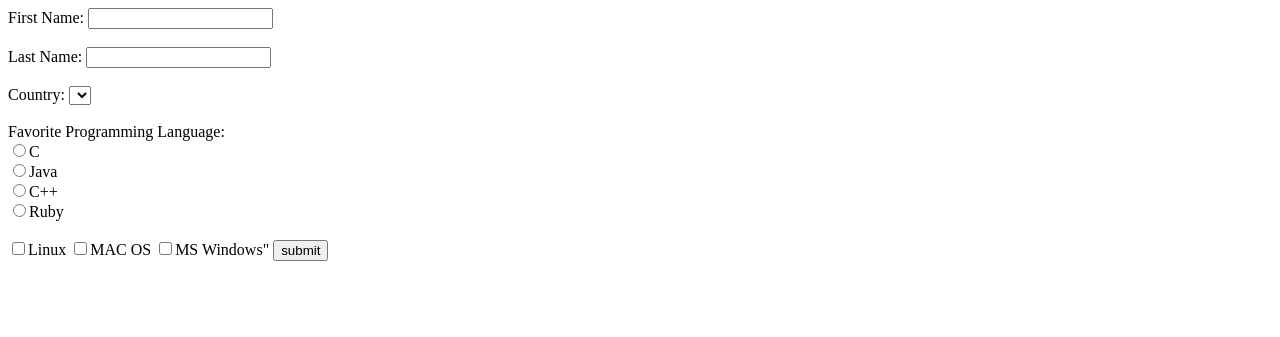
Repository: NishaGarg17/spring-mvc-demo
Page: http://localhost/spring-mvc-demo/WEB-INF/view/student-form.jsp
An editor plug-in stored every save of this project. The page is shown before and after the next save, followed by the edit.
The browser window is 1280 px wide. The pictures show the whole page.
The page is served by Tomcat 9. Nobody is signed in. Other server files are loaded and not shown. The template is opened directly, without the code that normally fills it, so the values that code supplies are empty.

Above is the page before, as saved 2019-01-20 07:27:41.

### spring-mvc-demo/WebContent/WEB-INF/view/student-form.jsp
<%@ page language="java" contentType="text/html; charset=ISO-8859-1"
	pageEncoding="ISO-8859-1"%>
<%@ taglib prefix="form" uri="http://www.springframework.org/tags/form"%>
<!DOCTYPE html>
<html>
<head>
<meta charset="ISO-8859-1">
<title>Student Form</title>
</head>
<body>
	<form:form action="processForm" modelAttribute="student">
		First Name: <form:input path="firstName" />
		<br />
		<br />
		Last Name: <form:input path="lastName" />
		<br />
		<br />
		Country:
		<form:select path="country">
			<%-- <form:option value="India" label="India"></form:option>
			<form:option value="United States" label="United States"></form:option>
			<form:option value="United Kingdom" label="United Kingdom"></form:option>
			<form:option value="Germany" label="Germany"></form:option>
			<form:option value="France" label="France"></form:option> --%>
			<form:options items="${student.countryOptions}" />
		</form:select>
		<br />
		<br />
		Favorite Programming Language:
		<br />
		<form:radiobutton path="favoriteLanguage" value="C" />C
		<br />
		<form:radiobutton path="favoriteLanguage" value="Java" />Java
		<br />
		<form:radiobutton path="favoriteLanguage" value="C++" />C++
		<br />
		<form:radiobutton path="favoriteLanguage" value="Ruby" />Ruby
		<br />
		<%-- <form:radiobuttons path="favoriteLanguage" items="${student.languageOptions}"/> --%>
		<br />
		<form:checkbox path="operatingSystems" value="Linux"/>Linux
		<form:checkbox path="operatingSystems" value="MAC OS"/>MAC OS
		<form:checkbox path="operatingSystems" value="MS Windows"/>MS Windows"
		<input type="submit" value="submit" />

	</form:form>
</body>
</html>

After the next save:
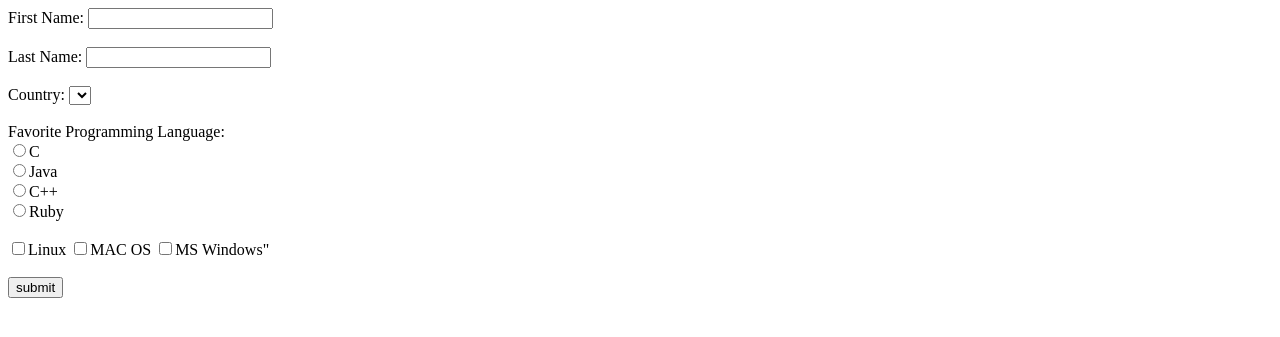
Saved 9 s later.
--- a/spring-mvc-demo/WebContent/WEB-INF/view/student-form.jsp
+++ b/spring-mvc-demo/WebContent/WEB-INF/view/student-form.jsp
@@ -41,6 +41,8 @@
 		<form:checkbox path="operatingSystems" value="Linux"/>Linux
 		<form:checkbox path="operatingSystems" value="MAC OS"/>MAC OS
 		<form:checkbox path="operatingSystems" value="MS Windows"/>MS Windows"
+		<br />
+		<br />
 		<input type="submit" value="submit" />
 
 	</form:form>
